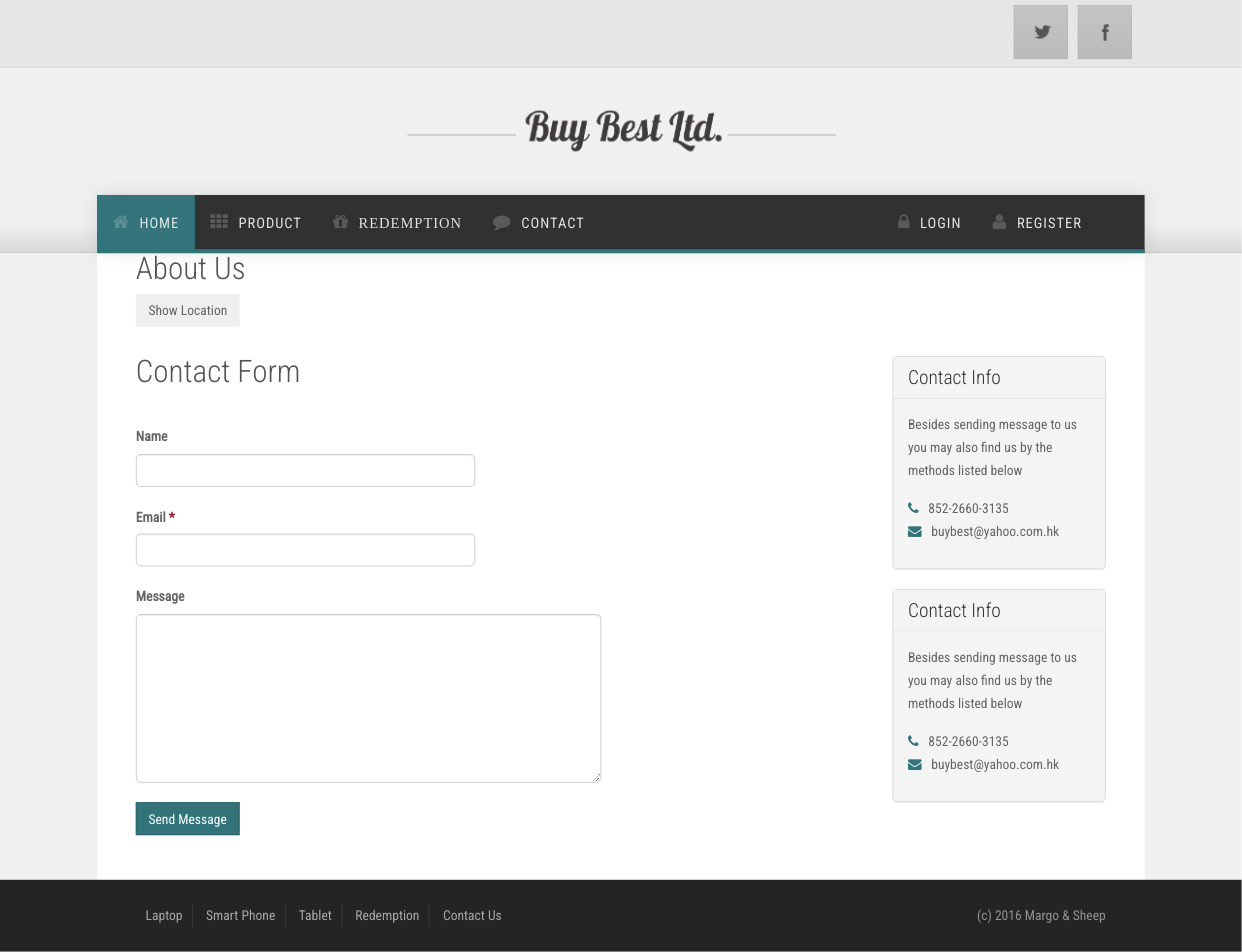
Repository: thymargo13/HCI--2015
Page: contact.html
The author's editor kept a record of every edit. The page is drawn from the files as they stood at one moment, then again after the next edit.
The browser window is 1280 px wide. The pictures show the whole page, at 97% of full size.

Above is the page before.

After the next edit:
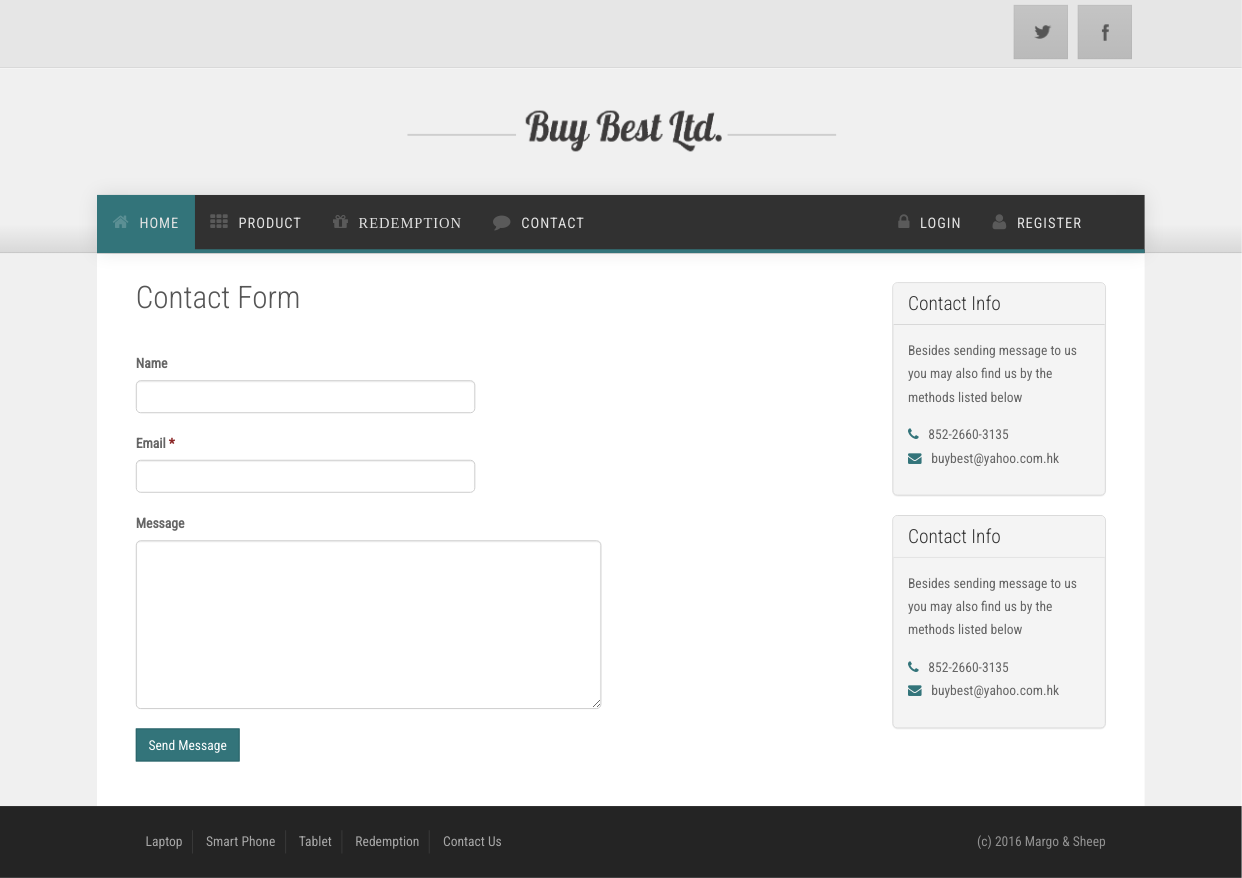
The edit:
--- a/contact.html
+++ b/contact.html
@@ -124,9 +124,6 @@
             <!-- === BEGIN CONTENT === -->
             <div id="content">
                 <div class="container background-white">
-                    <h2 id="demo">About Us</h2>
-                    <button class="btn" onclick="getLocation()">Show Location</button>
-                    <div id="mapholder"></div>
                     <div class="row margin-vert-30">
                         <!-- Main Column -->
                         <div class="col-md-9">
